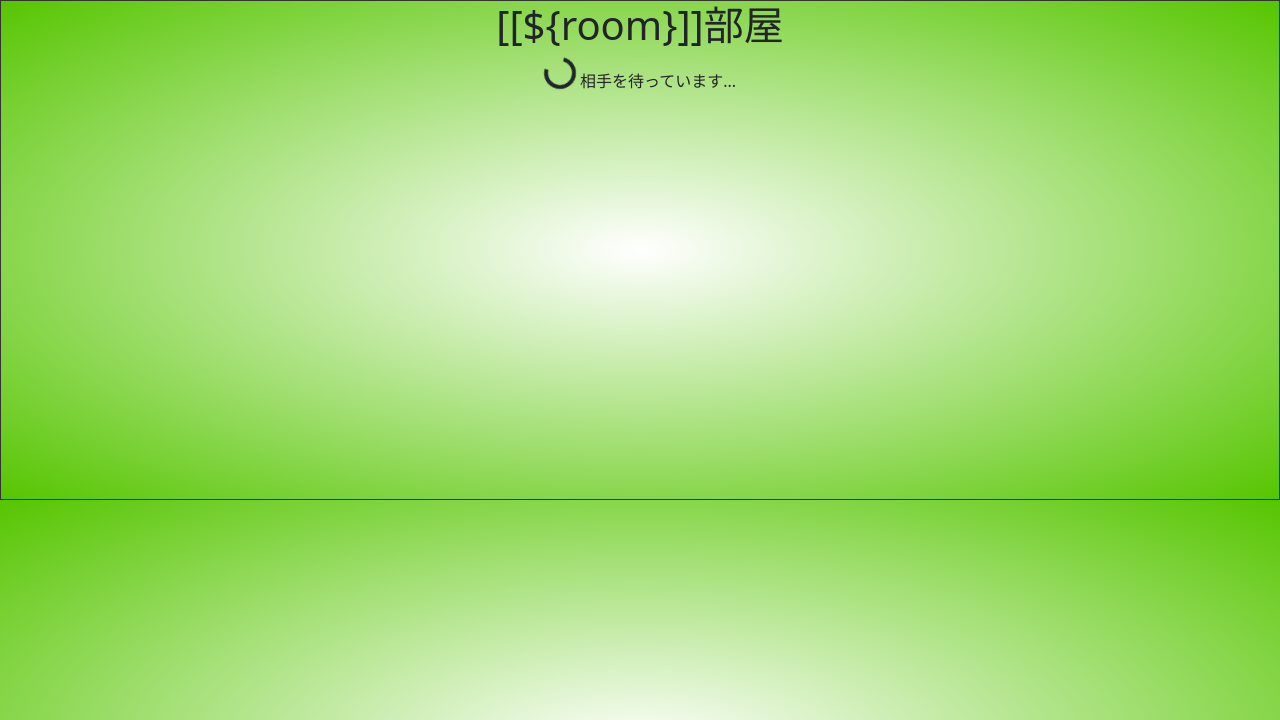
Repository: e1b21074/field_arena
Page: .log/field_arena/src/main/resources/templates/room.html
These files come from the project's save history. The page is drawn as it stood at one moment and after the next save; the edit follows.
The browser window is 1280 px wide. The pictures show the whole page.
The page's requests for data from a server got no answer.

Above is the page before, as saved 2024-01-05 23:53:28.

After the next save:
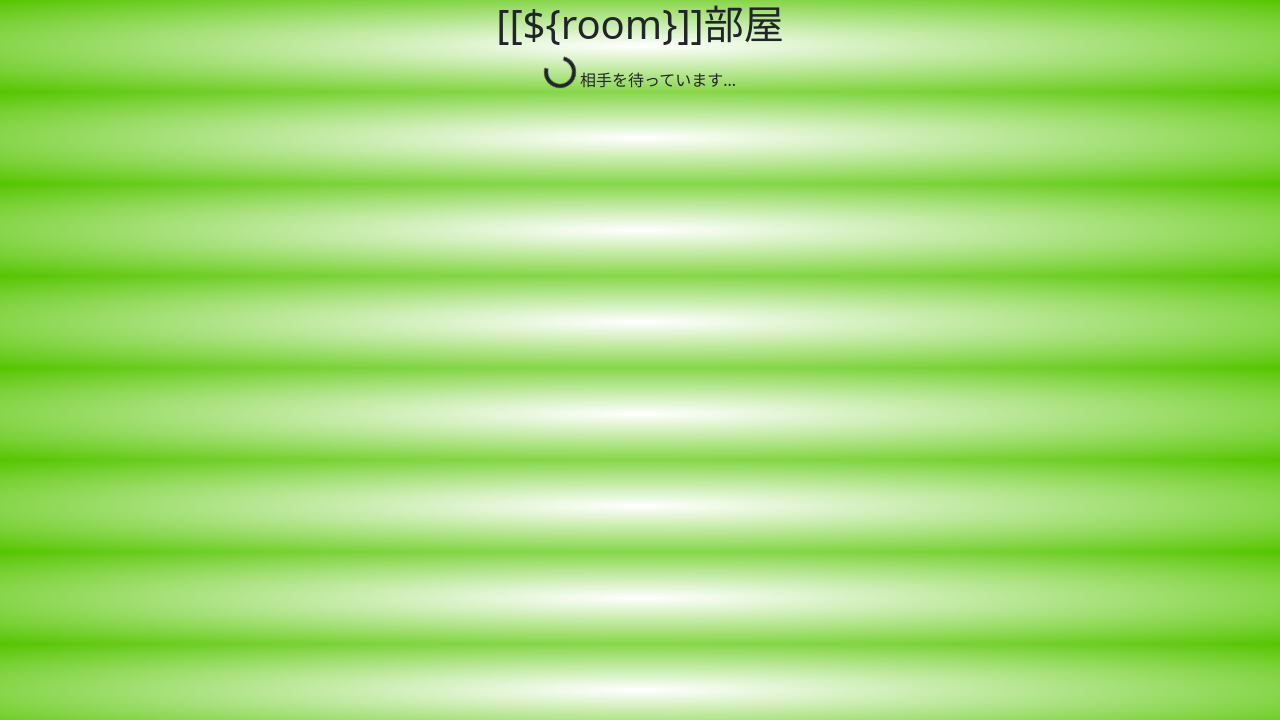
Saved 41 s later.
--- a/.log/field_arena/src/main/resources/templates/room.html
+++ b/.log/field_arena/src/main/resources/templates/room.html
@@ -23,8 +23,6 @@
   <style>
   .gradient {
     background:radial-gradient(#fff, #56C500);
-    height: 500px;
-    border: 1px solid #333;
  }
   </style>
 </head>

After the save that followed:
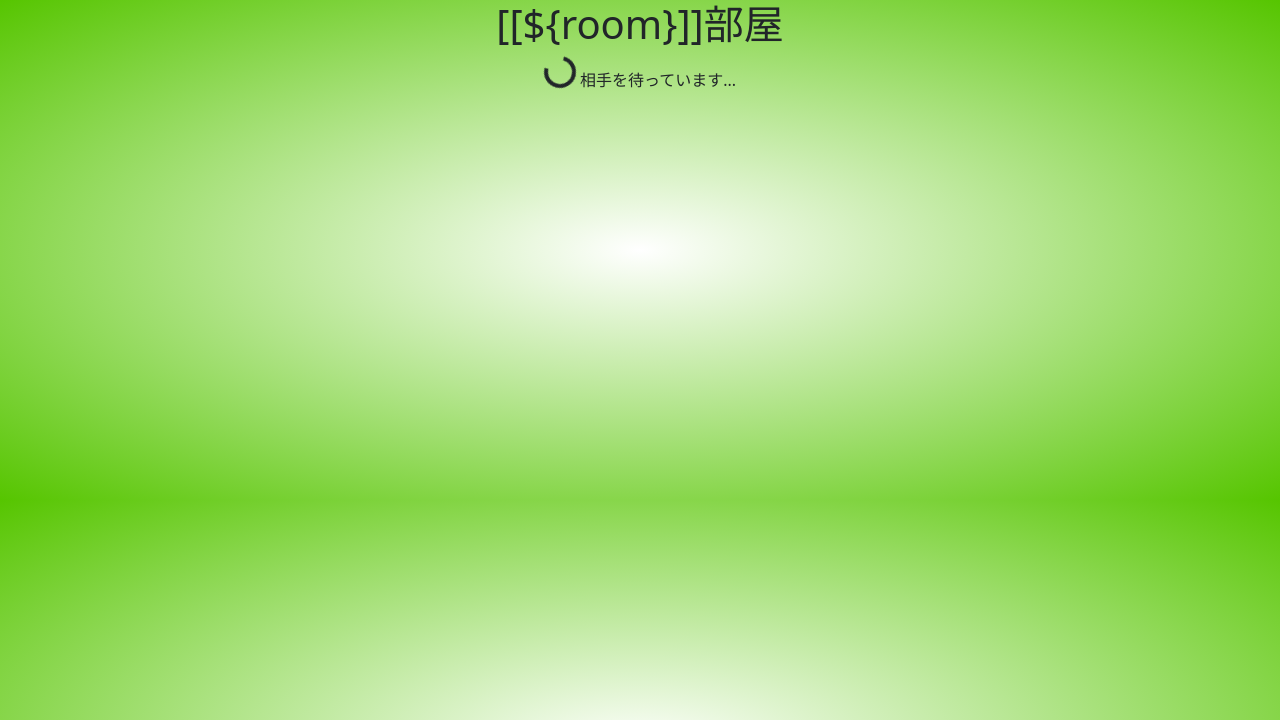
Saved 2 min 36 s later.
--- a/.log/field_arena/src/main/resources/templates/room.html
+++ b/.log/field_arena/src/main/resources/templates/room.html
@@ -23,6 +23,7 @@
   <style>
   .gradient {
     background:radial-gradient(#fff, #56C500);
+    height: 500px;
  }
   </style>
 </head>
